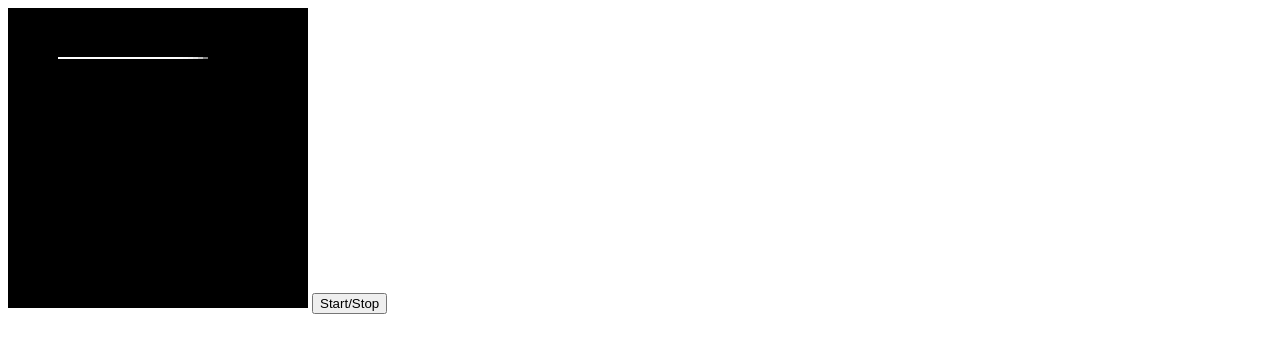
Repository: shadowroot/workspace
Page: http://localhost/test.php
The author's editor kept a copy of each file at every save. The page is drawn from the files as they stood at one save, then again after the next save.
The browser window is 1280 px wide. The pictures show the whole page.
After loading, the first visible `#pause` was clicked once.
The page is run by PHP 8.4 with error messages shown; the project is at /var/www/html/.

Above is the page before, as saved 2012-02-08 21:34:24.

### javascript_achtung_die_kurve/test.php
<canvas id="gamespace" width="300" height="300"
	style="background: #000000;"></canvas>
<?php

?>
<script type="text/javascript">
function game(){
	var game = this;
	game.hero = null;


	game.canvas = document.getElementById("gamespace");
	game.ctx = game.canvas.getContext("2d");
	/*
	ctx.beginPath();
	ctx.moveTo(100,100);
	ctx.lineTo(101,101);
	ctx.lineTo(102,102);
	ctx.lineWidth = 10;
	ctx.strokeStyle = "black";
	ctx.stroke();
	ctx.fillStyle="#000000";
	ctx.fillRect(0,0,300,300);
	var data = ctx.getImageData(0,0,300,300);
	var i=0;

	for (i=0;i<=5;i++){
		//90% alfa
		if((data.data[i] | 0x00) != 0x00){
			document.write("collision");
		}

	}
	*/
	game.loop = function(){
		//console.log("Not Running");
		if(game.status){
			//console.log("Running");
			for(var i=0;i<=game.hero.length-1;i++){
				game.change_vector(i);
				game.draw(i);
			}
		}
	};
	game.init = function(){
		game.hero = new Array();
		console.log("init");
		game.status = false;
		/*18*/

		game.butt = document.createElement("input");
		game.butt.type = "button";
		game.butt.id="pause";
		game.butt.value="Start/Stop";
		game.butt.onclick = function(){
			if(!game.status){
				game.status = true;

			}
			else{
				game.status = false;
			}

		};
			game.hero.push({
				/*
					Start coordinates
				*/
			name:"Jonny",
			running:true,
			x:50,
			y:50,
			//[x,y] vector
			direction:new Array(0,0),
			angle:0,
			color:"#ffffff"
			});


		document.getElementsByTagName("body")[0].appendChild(game.butt);
		window.document.onkeydown = function(e){
			console.log(e.keyCode);
			switch(e.keyCode){
				case 81/*q*/:

					game.hero[0].angle++;
					break;
				case 87/*w*/:
					game.hero[0].angle--;
					break;
				case 70/*f*/:
					game.hero[1].angle++;
					break;
				case 71/*g*/:
					game.hero[1].angle++;
					break;
				default:
					break;
			}

		};
	};
	game.draw = function(i){
		if(game.hero[i].running){
			var x = game.hero[i].x+game.hero[i].direction[0];
			var y = game.hero[i].y+game.hero[i].direction[1];
			game.ctx.moveTo(game.hero[i].x,game.hero[i].y);
			if((x<game.canvas.width) && (x>0) && (y<game.canvas.height) && (y>0)){
				var data = game.ctx.getImageData(x,y,5,5).data;
				for (var u=0;u<data.length-1;u++){
					if(data[u] != 0){
						game.hero[i].running = false;
						console.log(game.hero[i].name+ " ended.");
						var div = document.createElement("div");
						div.innerHTML = game.hero[i].name+ " ended.";
						document.body.appendChild(div);
						return;
					}
				}
						game.ctx.lineTo(x,y);

						game.ctx.strokeStyle=game.hero[i].color;
						game.ctx.stroke();

						game.hero[i].x = x;
						game.hero[i].y = y;
			}
			else{
				game.hero[i].running = false;
				console.log(game.hero[i].name+ " ended.");
				var div = document.createElement("div");
				div.innerHTML = game.hero[i].name+ " ended.";
				document.body.appendChild(div);
				return;
			}

		}////next point color check && frame limits

	};
	game.change_vector = function(i){
		if(game.hero[i].running){
			var x = Math.cos(game.hero[i].angle)*5;
			var y = Math.sin(game.hero[i].angle)*5;

			game.hero[i].direction = [x,y];

		}
	};

}
/*
 * Constructor
 */
var curve = new game();
curve.init();
setInterval("curve.loop()","50");

/*
 * Controllers

 sin 5° =  0,0872
 */

</script>

After the next save:
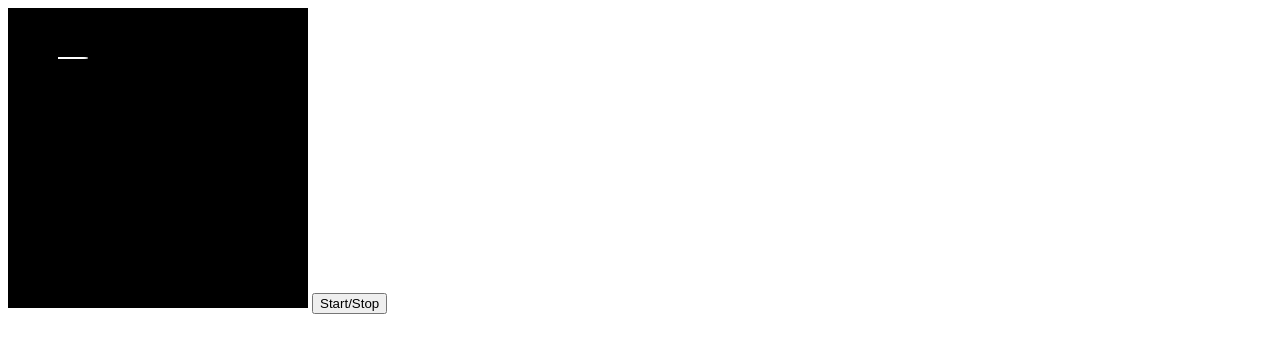
Saved 70 s later.
--- a/javascript_achtung_die_kurve/test.php
+++ b/javascript_achtung_die_kurve/test.php
@@ -139,8 +139,8 @@ function game(){
 	};
 	game.change_vector = function(i){
 		if(game.hero[i].running){
-			var x = Math.cos(game.hero[i].angle)*5;
-			var y = Math.sin(game.hero[i].angle)*5;
+			var x = Math.cos(game.hero[i].angle);
+			var y = Math.sin(game.hero[i].angle);
 
 			game.hero[i].direction = [x,y];
 
